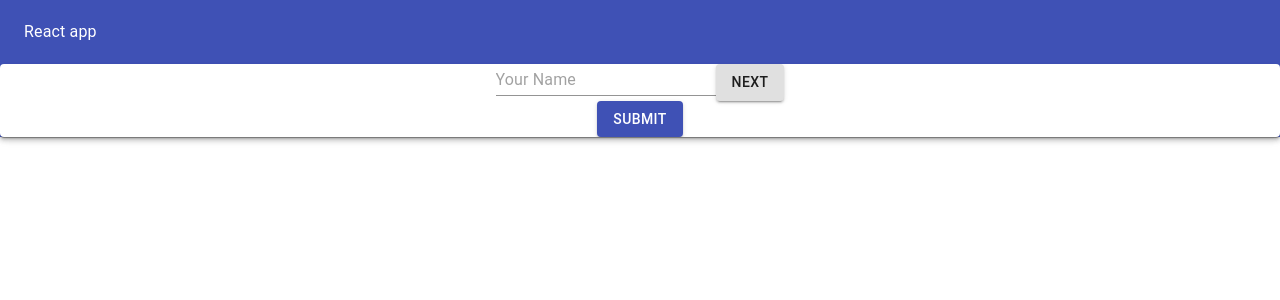
Repository: SD-Mdouka/project_step
Page: /
The author's editor kept a copy of each file at every save. The page is drawn from the files as they stood at one save, then again after the next save.
The browser window is 1280 px wide. The pictures show the whole page.
The project was rebuilt for these pictures with package versions that can differ from the ones it lists, and the page was loaded fresh each time.

Above is the page before, as saved 2022-08-31 18:09:54.

After the next save:
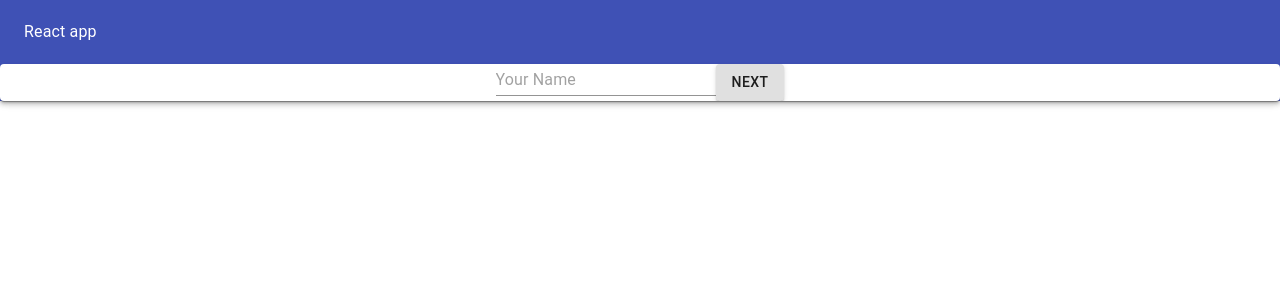
Saved 15 h 32 min later.
--- a/src/App.js
+++ b/src/App.js
@@ -133,14 +133,16 @@ const FormStps = (props) => {
         </Button>
       )}
       <br />
-      <Button
-        type="submit"
-        disabled={props.isSubmitting}
-        variant="contained"
-        color="primary"
-      >
-        Submit
-      </Button>
+      {step === childrenArr.length && (
+        <Button
+          type="submit"
+          disabled={props.isSubmitting}
+          variant="contained"
+          color="primary"
+        >
+          Submit
+        </Button>
+      )}
     </>
   );
 };
